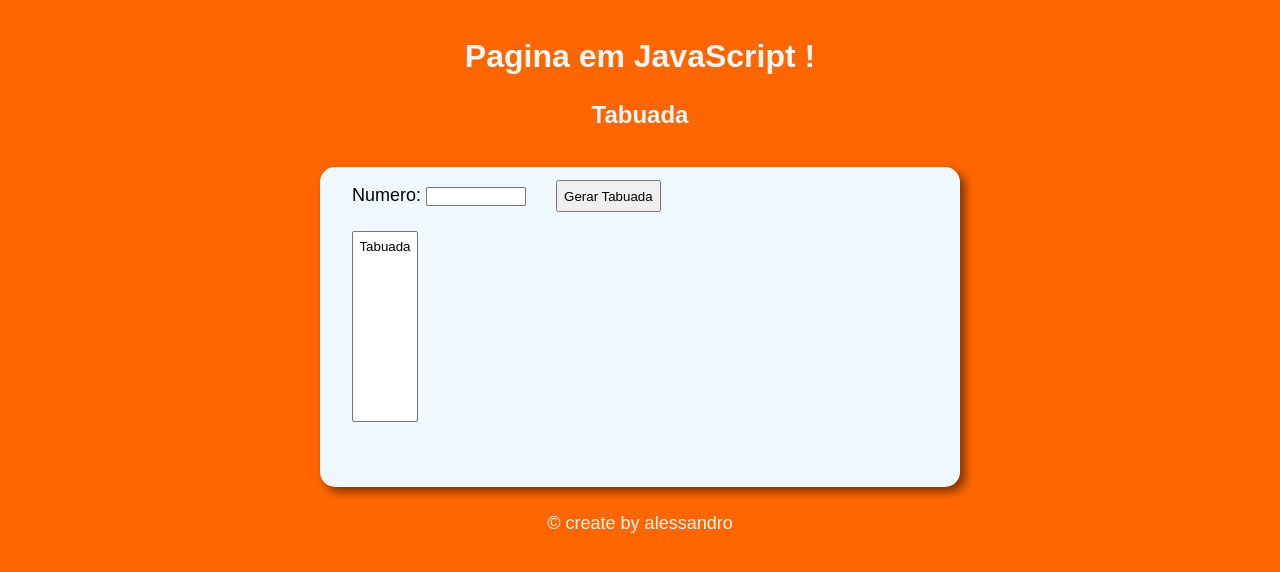
Repository: raphaanunes/codigos
Page: Cursos JavaScript/exercício/tabuada/test-tabuada.html
The author's editor kept a copy of each file at every save. The page is drawn from the files as they stood at one save, then again after the next save.
The browser window is 1280 px wide. The pictures show the whole page.

Above is the page before, as saved 2024-08-11 13:12:50.

### Cursos JavaScript/exercício/tabuada/test-tabuada.html
<!DOCTYPE html>
<html lang="pt-BR">

<head>
    <meta charset="UTF-8">
    <meta name="viewport" content="width=device-width, initial-scale=1.0">
    <title> Tabuada </title>

    <link rel="stylesheet" href="test-tabuada.css">
    <script src="test-tabuada.js"></script>


</head>

<body>
    <h1> Pagina em JavaScript !</h1>
    <h2> Tabuada </h2>

    <section> <!-- aqui comeca a section -->


        <div> <label for="idNumero"> Numero: </label>  <input type="number" name="" id="idNumero">   <input type="button" id="idBotao" value="Gerar Tabuada" onclick="contar()"></div>


        <div> <select id="idSelect" size="11">
            <option > Tabuada </option>
        </select></div>

    </section><!-- aqui termina o section -->

    <footer>
        <p> &copy; create by alessandro </p>
    </footer>
</body>

</html>

### Cursos JavaScript/exercício/tabuada/test-tabuada.css
@charset "UTF-8";
/* geral */
* {
    padding: 0;
    margin: 0;
}
body {
    background-color: rgb(255, 102, 0);
}

/* seção  */
section{

    background-color: aliceblue;
    width: 50%;
    height: 10%;
    margin-left: auto;
    margin-right: auto;
    margin-top: 3%;
    border-radius: 15px;
    padding: 0% 0% 5% 0%;
    box-shadow: 5px 5px 10px rgba(0, 0, 0, 0.5);

}
h1 {
    font-family: sans-serif;
    font-size: xx-large;
    text-align: center;
    margin-top: 3%;
    color: whitesmoke;
}

h2 {
    font-family: sans-serif;
    font-size: x-large;
    text-align: center;
    margin: 2%;
    color: whitesmoke;
}

p{
    font-family: sans-serif;
    font-size: large;
}
#idSelect{margin: 0% 0% 0% 5%;width: max-content ;padding: 1%;}
    /* label */
    label{
        font-family: sans-serif;
        font-size: large;
        padding: 0% 0% 5% 5%;

    }

    /* input */
    input{width: 15%;}
    input {margin-bottom: 1%;}
    /* botao*/
    input#idBotao{
        padding: 1%;
        width:fit-content;
        margin-left: 4%;
    }

div{padding-top: 2%;}

p#idTxtResp{margin-left: 5%;margin-right: 10%;}

/* rodape */
footer{
    text-align: center;
    padding: 1%;
    color: whitesmoke;

    width: 25%;
    margin-left: auto;
    margin-right:auto ;
    margin-top: 1%;
    border-radius: 15px;
}

### Cursos JavaScript/exercício/tabuada/test-tabuada.js

function contar(){
    // variaveis
    var idNumero = document.getElementById('idNumero')
    var idSelect = document.getElementById('idSelect')



    //test
    if(idNumero.value.length == 0){
        window.alert('a caixa esta vazia ')
    }else{

        idSelect.innerText = ''
        let n = Number(idNumero.value)

        for(var i = 1;i <= 10; i++){
            let option = document.createElement('option')
            option.text = ` ${n} * ${i} = ${n*i} `
            idSelect.appendChild(option)
        }



    }



}

After the next save:
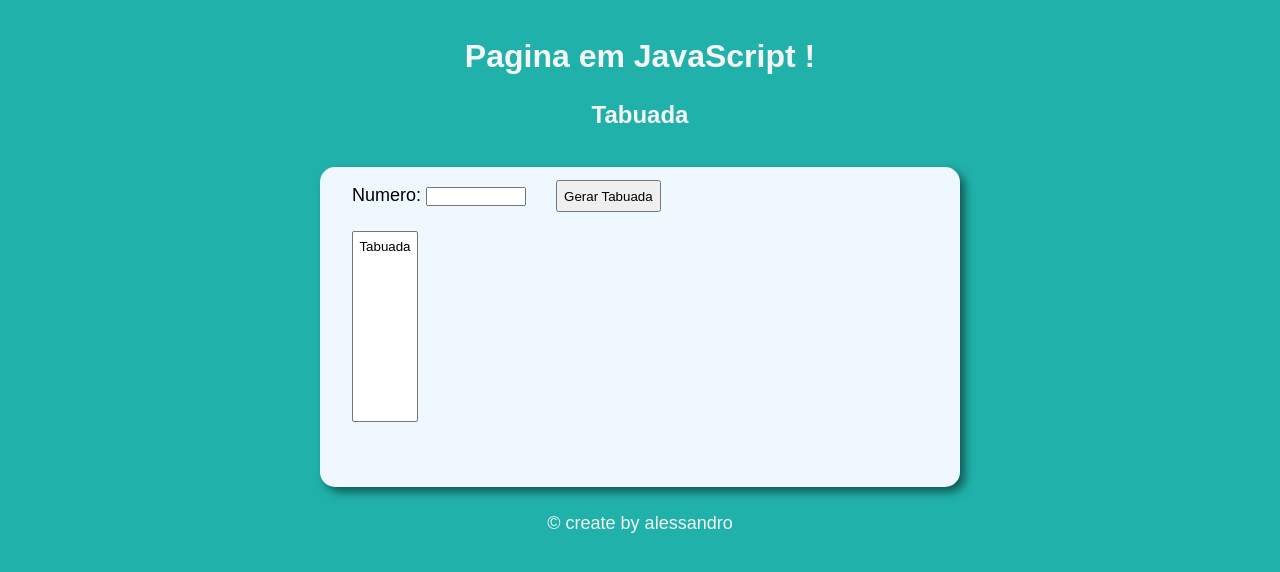
Saved 55 s later.
--- a/Cursos JavaScript/exercício/tabuada/test-tabuada.css
+++ b/Cursos JavaScript/exercício/tabuada/test-tabuada.css
@@ -5,7 +5,7 @@
     margin: 0;
 }
 body {
-    background-color: rgb(255, 102, 0);
+    background-color: lightseagreen;
 }
 
 /* seção  */
